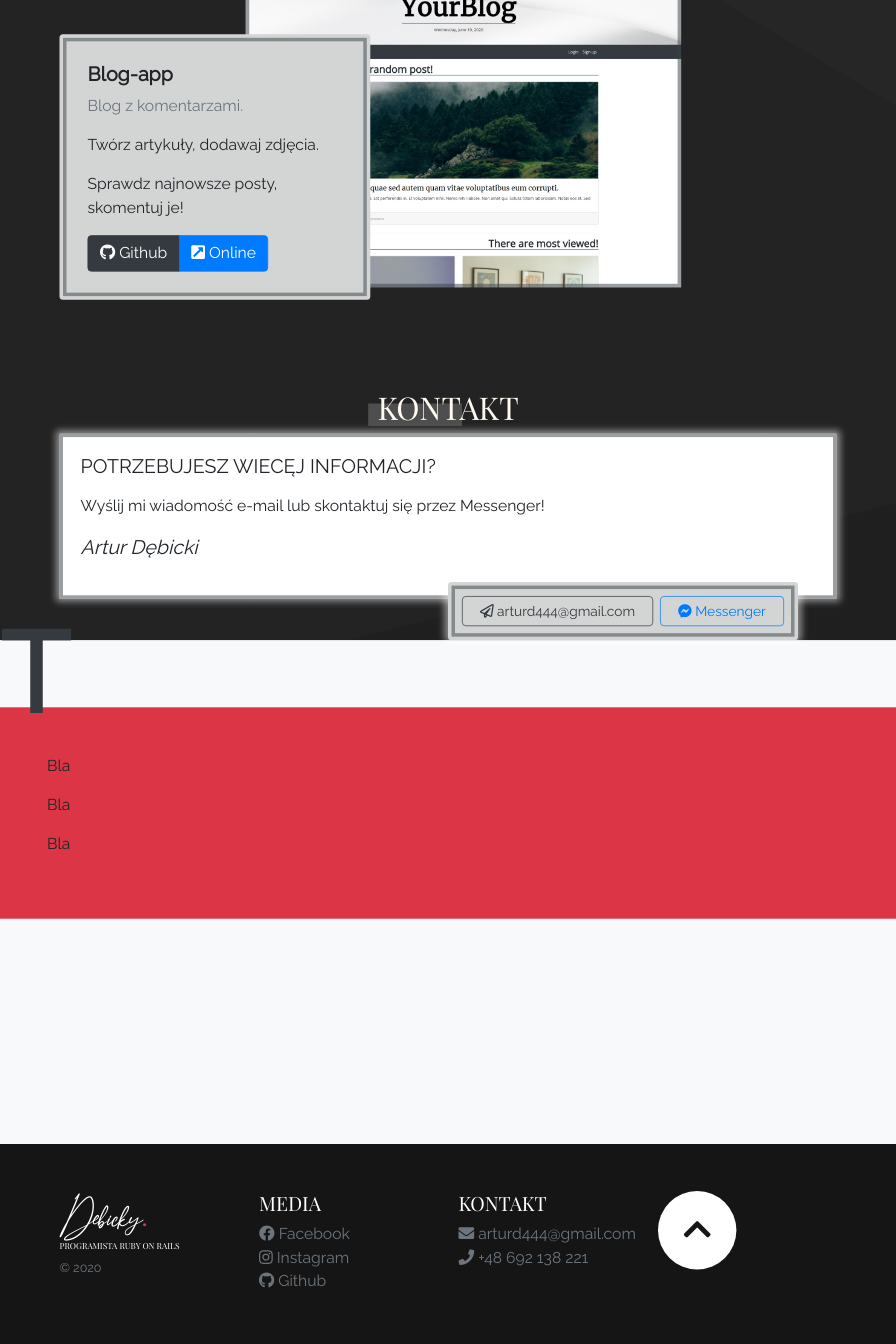
Repository: debicky/debicky.github.io
Page: index.html
The author's editor kept a copy of each file at every save. The page is drawn from the files as they stood at one save, then again after the next save.
The browser window is 1280 px wide. The pictures show the part of the page from y = 3438 to 5358 px (the page is 5420 px tall), at 70% of full size.
Some web libraries are served in a nearby version.

Above is the page before, as saved 2020-06-16 14:37:20.

After the next save:
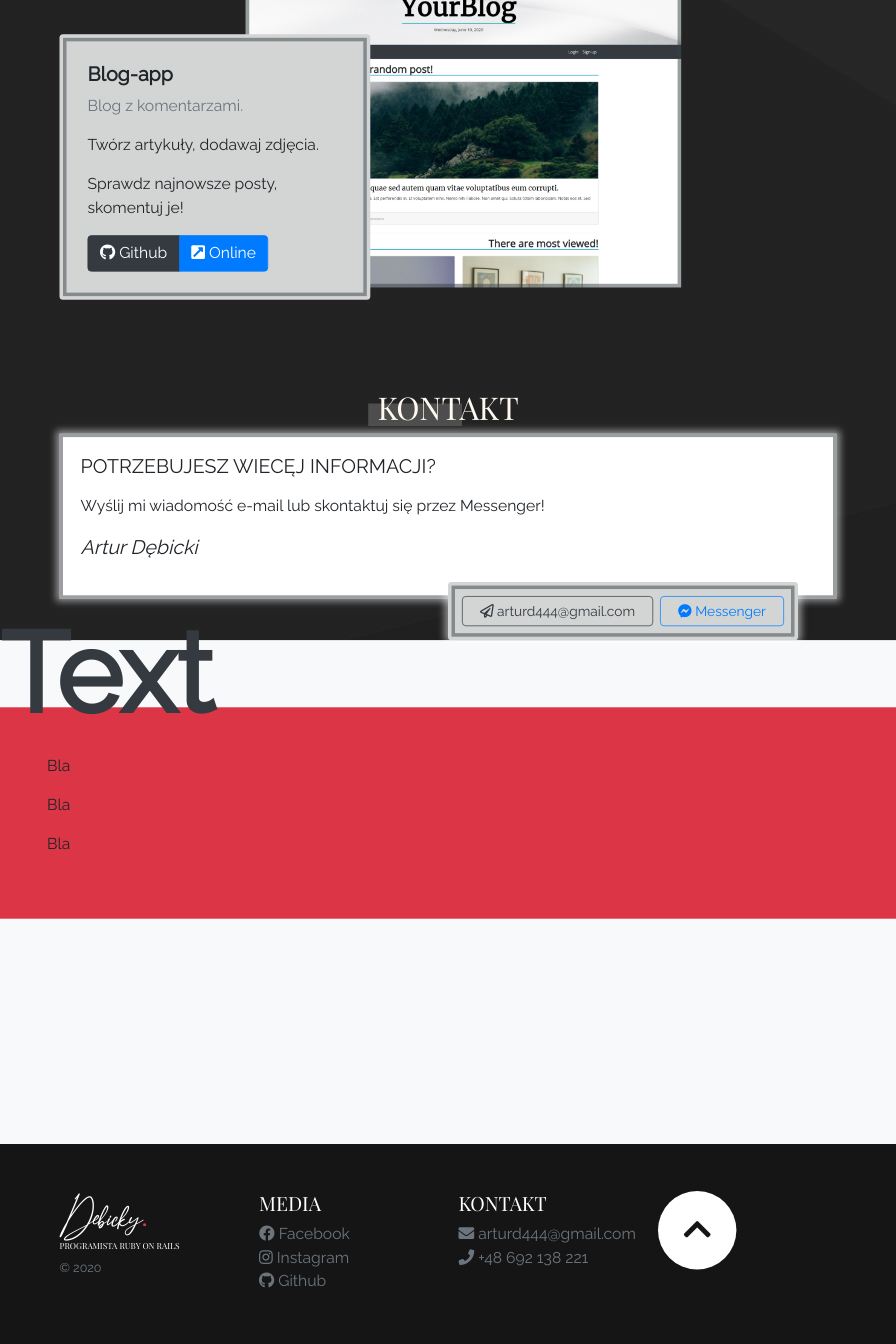
Saved 8 s later.
--- a/styles.css
+++ b/styles.css
@@ -222,7 +222,6 @@ section h1::before {
 section h2{
   font-size: 160px;
   font-weight: 800;
-  letter-spacing: -2em;
   text-align: left;
   z-index: 10;
   position: relative;

After the save that followed:
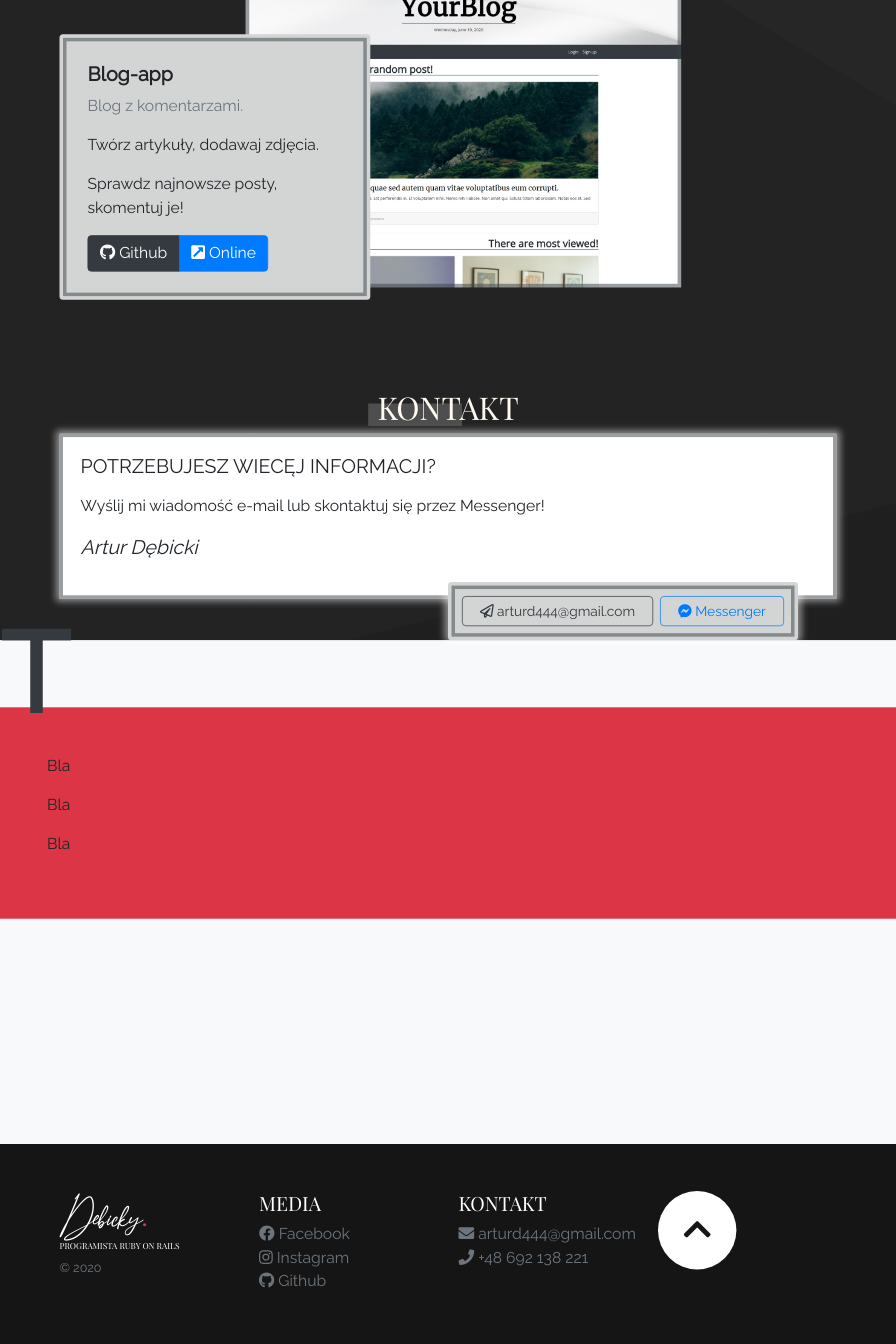
Saved 11 s later.
--- a/styles.css
+++ b/styles.css
@@ -222,6 +222,7 @@ section h1::before {
 section h2{
   font-size: 160px;
   font-weight: 800;
+  letter-spacing: -2em;
   text-align: left;
   z-index: 10;
   position: relative;
